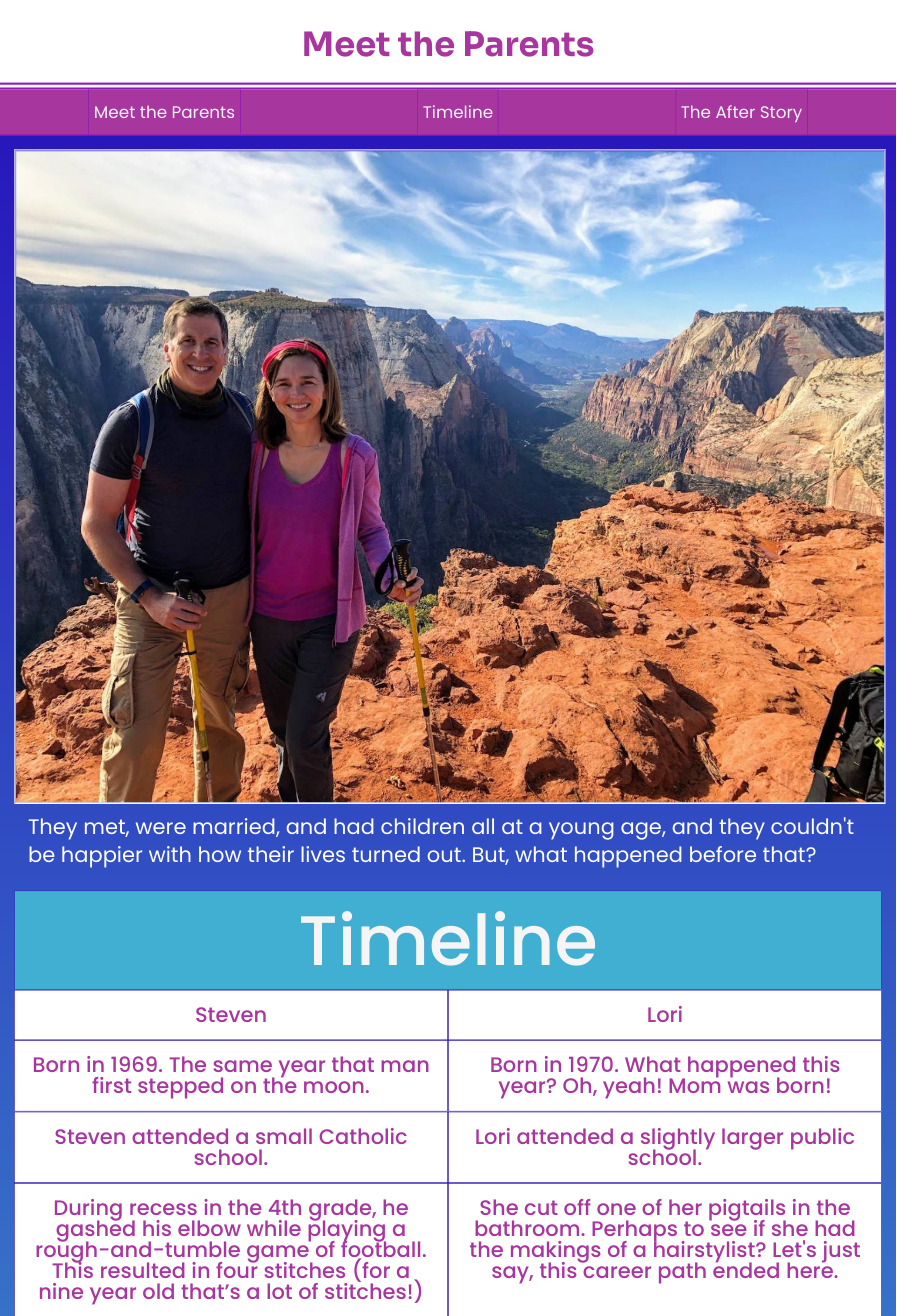
Repository: Sbethm/parents-tribute
Page: timeline.html
These files come from the project's save history. The page is drawn as it stood at one moment and after the next save; the edit follows.
The browser window is 1280 px wide. The page is 1282 px wide, so the pictures cover 1282 px, including what lies to the right of the window. The pictures show the part of the page from y = 0 to 1880 px (the page is 3320 px tall), at 70% of full size.

Above is the page before, as saved 2021-02-11 17:36:50.

### timeline.html
<!DOCTYPE html>
<html>
    <head>
      <meta charset="UTF-8">
      <title>Meet the Parents</title>
      <meta name="description" content="A choose your own story adventure game">
      <meta name="viewport" content="width=device-width, initial-scale=1.0">
      <link rel="preconnect" href="https://fonts.gstatic.com">
      <link href="https://fonts.googleapis.com/css2?family=Poppins:ital,wght@0,400;0,500;0,600;0,700;0,800;0,900;1,400;1,500;1,600;1,700;1,800;1,900&family=Sora:wght@400;500;600;700;800&display=swap" rel="stylesheet"> <!--
        This is used for headings:
        font-family: 'Sora', sans-serif;
        This is used for content:
        font-family: 'Poppins', sans-serif;-->
      <link href="style.css" type="text/css" rel="stylesheet">
    </head>

    <body>

      <header>
        <h1>Meet the Parents</h1>
        <nav class="navigation">
          <a href="index.html">Meet the Parents</a>
          <a href="timeline.html">Timeline</a>
          <a href="aftermarriage.html">The After Story</a>
          </nav>
      </header>
      <main>
        <section>
            <img class="img-hiking"src="img/hiking.jpg" alt="Mom and dad enjoying a hike.">
            <p>They met, were married, and had children all at a young age, and they couldn't be happier with how their lives turned out. But, what happened before that?</p>
        </section>
        <div class="grid">
            <div class="grid-box tl">Timeline</div>
            <div class="grid-box dad">Steven</div>
            <div class="grid-box mom">Lori</div>
            <!---------Dad's Grid Boxes---------->
            <div class="grid-box f-1">Born in 1969. The same year that man  first stepped on the moon.</div>
            <div class="grid-box f-2">Steven attended a small Catholic school.</div>
            <div class="grid-box f-3">During recess in the 4th grade, he gashed his elbow while playing a rough-and-tumble game of football. This resulted in four stitches (for a nine year old that’s a lot of stitches!)</div>
            <div class="grid-box f-4">When he was thirteen, he camped in the backyard and stayed up all night.</div>
            <div class="grid-box f-5">He ran his first high school track meet, the 100 yard dash, and won third place. For the first track meet, that's not too shabby!</div>
            <div class="grid-box f-6">He was in a car accident, "not his fault", which lead to more stitches but this time in his forehead. Because of this, he had to sit out his senior year homecoming football game.</div>
            <div class="grid-box f-7">Having the lead role as Jesus during my high school senior year. It was the first annual Easter Passion play the school performed.</div>
            <div class="grid-box f-8">I remember a dream I had where I met a beautiful girl, at a homecoming dance, who I eventually married and we had two terrific kids who eventually married and gave me two more kids to enjoy time with.</div>
            <!---------Mom's Grid Boxes---------->
            <div class="grid-box m-1">Born in 1970. What happened this year? Oh, yeah! Mom was born!</div>
            <div class="grid-box m-2">Lori attended a slightly larger public school.</div>
            <div class="grid-box m-3">She cut off one of her pigtails in the bathroom. Perhaps to see if she had the makings of a hairstylist? Let's just say, this career path ended here.</div>
            <div class="grid-box m-4">She had skied half of a bunny slope when she realized this daredevil sport wasn't for her.</div>
            <div class="grid-box m-5">She performed the lead role in a junior high school play.</div>
            <div class="grid-box m-6">After a white knuckled horse ride in the Appalachians, she discovered that she was not meant to lead a life of adventure</div>
            <div class="grid-box m-7">made camps with her cousins in the Ritchie woods.</div>
            <div class="grid-box m-8">made camps with her cousins in the Ritchie woods.</div>
            <!--------After They Met Boxes------->
            <div class="grid-box fm-1">Met in ____ when Steven was 21 and Lori was 19 years old.</div>
            <div class="grid-box fm-2">At the age of 21, Lori gave birth to Sarah (me!).</div>
            <div class="grid-box fm-3">One year later (obviously not satisfied with their first child) Lori and Steven had their second child, a son named John.</div>
        </div>
      </main>
      <footer>
        <img class="icon" src="img/profile_icon.png" alt="profile icon">
        Sarah Moosa
        <br><br>
        <img class="icon" src="img/home_icon.png" alt="home icon">
        Meet the Parents
      </footer>
    </body>

</html>

### style.css
/*
html5doctor.com Reset Stylesheet
v1.6.1
Last Updated: 2010-09-17
Author: Richard Clark - http://richclarkdesign.com
Twitter: @rich_clark
*/

html, body, div, span, object, iframe,
h1, h2, h3, h4, h5, h6, p, blockquote, pre,
abbr, address, cite, code,
del, dfn, em, img, ins, kbd, q, samp,
small, strong, sub, sup, var,
b, i,
dl, dt, dd, ol, ul, li,
fieldset, form, label, legend,
table, caption, tbody, tfoot, thead, tr, th, td,
article, aside, canvas, details, figcaption, figure,
footer, header, hgroup, menu, nav, section, summary,
time, mark, audio, video {
    margin:0;
    padding:0;
    border:0;
    outline:0;
    font-size:100%;
    vertical-align:baseline;
    background:transparent;
}

body {
    line-height:1;
}

article,aside,details,figcaption,figure,
footer,header,hgroup,menu,nav,section {
    display:block;
}

nav ul {
    list-style:none;
}

blockquote, q {
    quotes:none;
}

blockquote:before, blockquote:after,
q:before, q:after {
    content:'';
    content:none;
}

a {
    margin:0;
    padding:0;
    font-size:100%;
    vertical-align:baseline;
    background:transparent;
}

/* change colours to suit your needs */
ins {
    background-color:#ff9;
    color:#000;
    text-decoration:none;
}

/* change colours to suit your needs */
mark {
    background-color:#ff9;
    color:#000;
    font-style:italic;
    font-weight:bold;
}

del {
    text-decoration: line-through;
}

abbr[title], dfn[title] {
    border-bottom:1px dotted;
    cursor:help;
}

table {
    border-collapse:collapse;
    border-spacing:0;
}

/* change border colour to suit your needs */
hr {
    display:block;
    height:1px;
    border:0;
    border-top:1px solid #cccccc;
    margin:1em 0;
    padding:0;
}

input, select {
    vertical-align:middle;
}

/* MY CODE BELOW */

body {
    width: 100vw;
}

main {
    width: calc(100vw - 40px);
    height: 100%;
    padding: 20px 20px;
    background-color: rgb(255, 255, 255);
}

header {
    width: 100vw;
    padding-top: 40px;
    color: rgb(168, 54, 159);
    background-color: rgb(255, 255, 255);
    display: flex;
    flex-direction: column;
    justify-content: center;
}

h1 {
    width: 100%;
    font-family: 'Sora', sans-serif;
    font-size: 3em;
    font-weight: 700;
    text-align: center;
    border-bottom: double 10px rgb(140, 23, 187);
    padding-bottom: 30px;
}

.navigation {
    width: 100%;
    background-color: rgb(168, 54, 159);
    text-align: center;
    border-bottom: solid 1px rgb(140, 23, 187);
    display: flex;
    flex-direction: row;
    justify-content: space-around;
}

a {
    padding: 20px 7px;
    background-color: rgb(168, 54, 159);
    font-family: 'Poppins', sans-serif;
    font-size: 1em;
    color: whitesmoke;
    text-decoration: none;
    border-left: solid 1px rgb(140, 23, 187);
    border-right: solid 1px rgb(140, 23, 187);
}

a:hover {
    background-color: wheat;
}

section {
    width: 100%;
    background-color: rgb(65, 175, 209);
    border: solid 1px rgb(40, 23, 187);
}

h2 {
    max-width: 100%;
    padding: 10px 20px;
    font-family: 'Sora', sans-serif;
    font-size: 1.5em;
    font-weight: 600;
    color: rgb(168, 54, 159);
}

.disney-adventure__img,
.img-sitting,
.img-hiking {
    max-width: 100%;
    height: auto;
    justify-content: center;
    align-content: center;
    border-top: solid 3px whitesmoke;
    border-bottom: solid 3px whitesmoke;
}

p {
    padding: 10px 20px;
    font-family: 'Poppins', sans-serif;
    font-size: 1em;
    line-height: 20px;
    color: rgb(255, 255, 255);
}

.grid {
    display: grid;
    margin: 20px 0;
    grid-template-columns: 1fr 1fr;
    grid-template-rows: repeat(13, fit-content);
    grid-template-areas:
        "tl tl"
        "dad mom"
        "f-1 m-1"
        "f-2 m-2"
        "f-3 m-3"
        "f-4 m-4"
        "f-5 m-5"
        "f-6 m-6"
        "f-7 m-7"
        "f-8 m-8"
        "fm-1 fm-1"
        "fm-2 fm-2"
        "fm-3 fm-3";
}

.grid-box {
    border: solid 1px rgb(40, 23, 187);
    background-color: rgb(255, 255, 255);
    padding: 5px;
    color: rgb(168, 54, 159);
    text-align: center;
    font-family: 'Poppins', sans-serif;
    font-weight: 500;
    font-size: 1em;
}

.tl {
    grid-area: tl;
    font-size: 1.5em;
    font-weight: 500;
    color: whitesmoke;
    background-color: rgb(65, 175, 209);
}
.dad {
    grid-area: dad;
}

.mom {
    grid-area: mom;
}

.f-1 {
    grid-area: f-1;
}

.f-2 {
    grid-area: f-2;

}

.f-3 {
    grid-area: f-3;

}

.f-4 {
    grid-area: f-4;

}

.f-5 {
    grid-area: f-5;

}

.f-6 {
    grid-area: f-6;

}

.f-7 {
    grid-area: f-7;

}

.f-8 {
    grid-area: f-8;

}

.m-1 {
    grid-area: m-1;
}

.m-2 {
    grid-area: m-2;
}

.m-3 {
    grid-area: m-3;
}

.m-4 {
    grid-area: m-4;
}

.m-5 {
    grid-area: m-5;
}

.m-6 {
    grid-area: m-6;
}

.m-7 {
    grid-area: m-7;
}

.m-8 {
    grid-area: m-8;
}

.fm-1 {
    grid-area: fm-1;
}

.fm-2 {
    grid-area: fm-2;
}

.fm-3 {
    grid-area: fm-3;
}

footer {
    width: calc(100vw - 40px);
    height: 100px;
    padding: 40px 20px 0 20px;
    position: relative;
    bottom: 0;
    font-family: 'Poppins', sans-serif;
    font-size: 1em;
    font-weight: 500;
    border: solid 1px rgb(40, 23, 187);
}

.icon {
    width: 20px;
    height: auto;
}


@media screen and (min-width: 700px) and (max-width: 1500px) {

    main {
        background-image: linear-gradient(180deg, rgb(40, 23, 187), rgb(65, 175, 209));
    }

    a {
        font-size: 1.5em;
    }
    p {
        padding: 0;
        font-family: 'Poppins', sans-serif;
        font-size: 0.25em;
        line-height: 20px;
        color: rgb(255, 255, 255);
    }

    section {
        width: 100%;
        background-color: rgb(40, 23, 187, 0);
        border: none;
    }

    .section__intro {
        display: grid;
        grid-template-columns: 50% 50%;
        grid-template-rows: 100px 400px;
        grid-template-areas:
            "title p1"
            "picture p2";
    }

    section h2 {
        grid-area: title;
        align-self: center;
        justify-self: center;
    }

    h2 {
        font-size: 2.5em;
        color: rgb(243, 101, 231);
    }

    .img-sitting {
        max-height: 360px;
        margin-bottom: 20px;
        border: double 3px whitesmoke;
        grid-area: picture;
        justify-self: center;
        align-self: center;
    }

    .p1 {
        align-self: flex-start;
        grid-area: p2;
        font-size: 1.5em;
        padding-left: 40px;
    }

    .p2 {
        align-self: flex-end;
        grid-area: p2;
        font-size: 1.5em;
        padding-left: 40px;
        padding-bottom: 30px;
    }

    p {
        padding: 10px 20px;
        font-family: 'Poppins', sans-serif;
        font-size: 30px;
        line-height: 40px;
        color: rgb(255, 255, 255);
    }

/*TIMELINE CODE*/

.img-hiking {
    max-width: 100%;
    height: auto;
    justify-content: center;
    align-content: center;
    border: double 3px whitesmoke;
    border-bottom: solid 3px whitesmoke;
}

    .grid {
        display: grid;
        margin: 20px 0;
        grid-template-columns: 1fr 1fr;
        grid-template-rows: repeat(13, fit-content);
        grid-template-areas:
            "tl tl"
            "dad mom"
            "f-1 m-1"
            "f-2 m-2"
            "f-3 m-3"
            "f-4 m-4"
            "f-5 m-5"
            "f-6 m-6"
            "f-7 m-7"
            "f-8 m-8"
            "fm-1 fm-1"
            "fm-2 fm-2"
            "fm-3 fm-3";
    }

    .grid-box {
        border: solid 1px rgb(40, 23, 187);
        background-color: rgb(255, 255, 255);
        padding: 20px;
        color: rgb(168, 54, 159);
        text-align: center;
        font-family: 'Poppins', sans-serif;
        font-weight: 500;
        font-size: 30px;
    }

    .tl {
        grid-area: tl;
        font-size: 100px;
        font-weight: 500;
        color: whitesmoke;
        background-color: rgb(65, 175, 209);
    }
    .dad {
        grid-area: dad;
    }

    .mom {
        grid-area: mom;
    }

    .f-1 {
        grid-area: f-1;
    }

    .f-2 {
        grid-area: f-2;

    }

    .f-3 {
        grid-area: f-3;

    }

    .f-4 {
        grid-area: f-4;

    }

    .f-5 {
        grid-area: f-5;

    }

    .f-6 {
        grid-area: f-6;

    }

    .f-7 {
        grid-area: f-7;

    }

    .f-8 {
        grid-area: f-8;

    }

    .m-1 {
        grid-area: m-1;
    }

    .m-2 {
        grid-area: m-2;
    }

    .m-3 {
        grid-area: m-3;
    }

    .m-4 {
        grid-area: m-4;
    }

    .m-5 {
        grid-area: m-5;
    }

    .m-6 {
        grid-area: m-6;
    }

    .m-7 {
        grid-area: m-7;
    }

    .m-8 {
        grid-area: m-8;
    }

    .fm-1 {
        grid-area: fm-1;
    }

    .fm-2 {
        grid-area: fm-2;
    }

    .fm-3 {
        grid-area: fm-3;
    }

    footer {
        width: calc(100vw - 40px);
        height: 200px;
        padding: 80px 20px 0 20px;
        font-family: 'Poppins', sans-serif;
        font-size: 40px;
        font-weight: 500;
        border: solid 1px rgb(40, 23, 187);
    }

    .icon {
        width: 40px;
        height: auto;
    }
}

/*@media only screen and (min-width: 900px) {
}*/

After the next save:
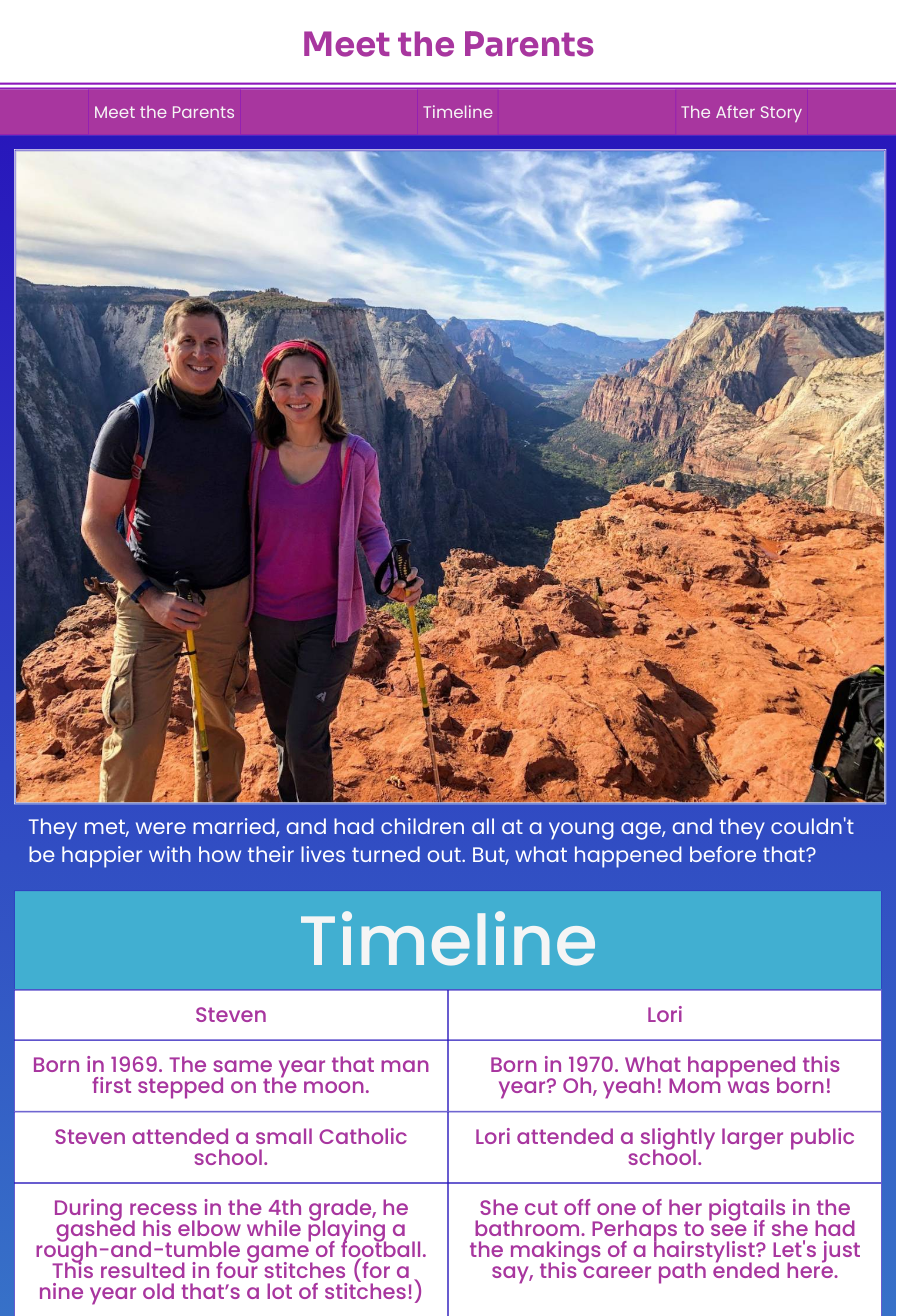
Saved 4 s later.
--- a/style.css
+++ b/style.css
@@ -424,7 +424,6 @@ footer {
     justify-content: center;
     align-content: center;
     border: double 3px whitesmoke;
-    border-bottom: solid 3px whitesmoke;
 }
 
     .grid {
